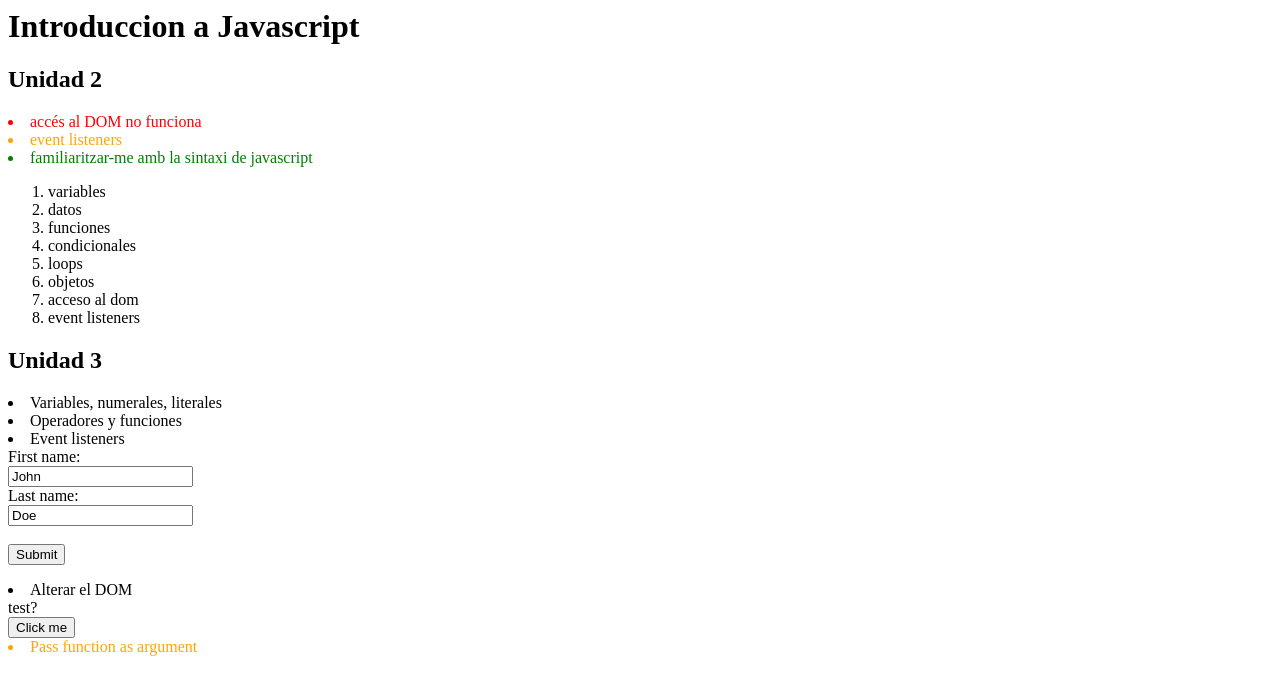
Repository: gabrielardevol/portfolio-react
Page: javascript_domestika/html.html
These files come from the project's save history. The page is drawn as it stood at one moment and after the next save; the edit follows.
The browser window is 1280 px wide. The pictures show the whole page.

Above is the page before, as saved 2022-12-20 10:40:38.

### javascript_domestika/html.html
<html>
  <head>
<style>

</style>
  </head>
  <body>
    <h1>Introduccion a Javascript</h1>
    <h2>Unidad 2</h2>
     <!-- <script src = "javascript.js"></script> -->

    <li style = "color: red">accés al DOM no funciona</li>
    <li style = "color: orange">event listeners</li>
    <li style = "color: green">familiaritzar-me amb la sintaxi de javascript</li>
    <ol>
      <li>variables</li>
      <li>datos</li>
      <li>funciones</li>
        <script>
          function mensaje() {
            console.log("això és un missatge")
          }
          mensaje()
        </script>
      <li>condicionales</li>
        <script>
          contento = false
          if (contento === true) {
            console.log(":)")
          } else {
            console.log(":(")
          }
          contento = true //not printing
        </script>
      <li>loops</li>
        <script>
          var nombres = ["Juanito", "Jorgito", "Jaimito"]; // nombres = ["Juanito", "", ""]
          function mensaje(nombre) { // do    end
            console.log("Hola, " + nombre);
          }
          function mensaje2(nombre) { // do    end
            console.log("Como estás, " + nombre + "?");
          }
          nombres.forEach(function(elemento) {
            mensaje(elemento);
            mensaje2(elemento);
            console.log(elemento);
          }) ;
        </script>
      <li>objetos</li>
      <script>

        var coche = {
          marca: "mercedes",
          motor: "electric",
          accelera: function() {     //not
            console.log("bruuuuum"); //    working
          }
        }
        console.log(coche.motor)
        coche.accelera
        console.log(coche.accelera)
      </script>
      <li>acceso al dom</li>
        <script>
          var encabezado = document.querySelector("h1");
          encabezado.textcontent = "Javascript is useful" // not working
        </script>
      <li>event listeners</li>

    </ol>
    <script async defer>
      alert("This is an embedded script")
    </script>

    <h2>Unidad 3</h2>
    <li>Variables, numerales, literales</li>
    <li id="operadoresyfunciones">Operadores y funciones</li>
    <li>Event listeners</li>

    <form id = "miform">
      <label for="fname">First name:</label><br>
      <input type="text" id="fname" name="fname" value="John"><br>
      <label for="lname">Last name:</label><br>
      <input type="text" id="lname" name="lname" value="Doe"><br><br>
      <input type="submit" value="Submit">
    </form>

    <li>Alterar el DOM</li>
    <div id="alterareldom">
      test?
    </div>
    <button id = "testbutton"> Click me </button>
    <script>
      clicks = 0
      function sumar() {
        clicks += 1

        console.log("holaaa" + clicks)
      }
        var button = document.querySelector("#testbutton")
        button.addEventListener("click", sumar)

    </script>
    <li style = "color:orange">Pass function as argument</li>
    <script>
      var numero = 2
      alert(numero)
      function sumar(num) {
         num += 3
         return num
       }
      // alert(sumar(numero))
      function metode(variab, funci) {
        return funci(variab)+5
      }
      alert(metode(numero, sumar))
    </script>


<script>
  function saludar(form) {
    form.preventDefault();
    alert("hola")
  }
  var form = document.querySelector("#miform");

  form.addEventListener("click", saludar)
  </script>



  </body>
</html>

After the next save:
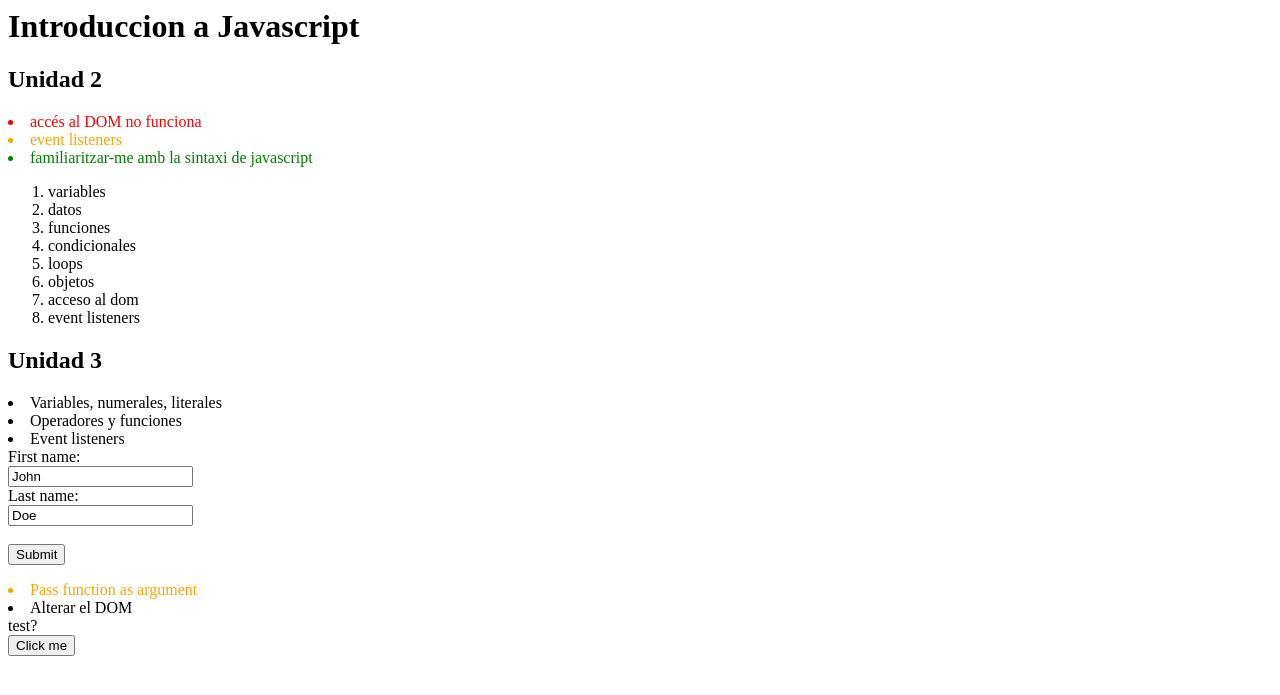
Saved 3 min 17 s later.
--- a/javascript_domestika/html.html
+++ b/javascript_domestika/html.html
@@ -86,7 +86,23 @@
       <input type="submit" value="Submit">
     </form>
 
-    <li>Alterar el DOM</li>
+
+    <li style = "color:orange">Pass function as argument</li>
+    <script>
+      var numero = 2
+      alert(numero)
+      function sumar(num) {
+         num += 3
+         return num
+       }
+      // alert(sumar(numero))
+      function metode(variab, funci) {
+        return funci(variab)+5
+      }
+      alert(metode(numero, sumar))
+    </script>
+
+<li>Alterar el DOM</li>
     <div id="alterareldom">
       test?
     </div>
@@ -101,20 +117,6 @@
         var button = document.querySelector("#testbutton")
         button.addEventListener("click", sumar)
 
-    </script>
-    <li style = "color:orange">Pass function as argument</li>
-    <script>
-      var numero = 2
-      alert(numero)
-      function sumar(num) {
-         num += 3
-         return num
-       }
-      // alert(sumar(numero))
-      function metode(variab, funci) {
-        return funci(variab)+5
-      }
-      alert(metode(numero, sumar))
     </script>
 
 
